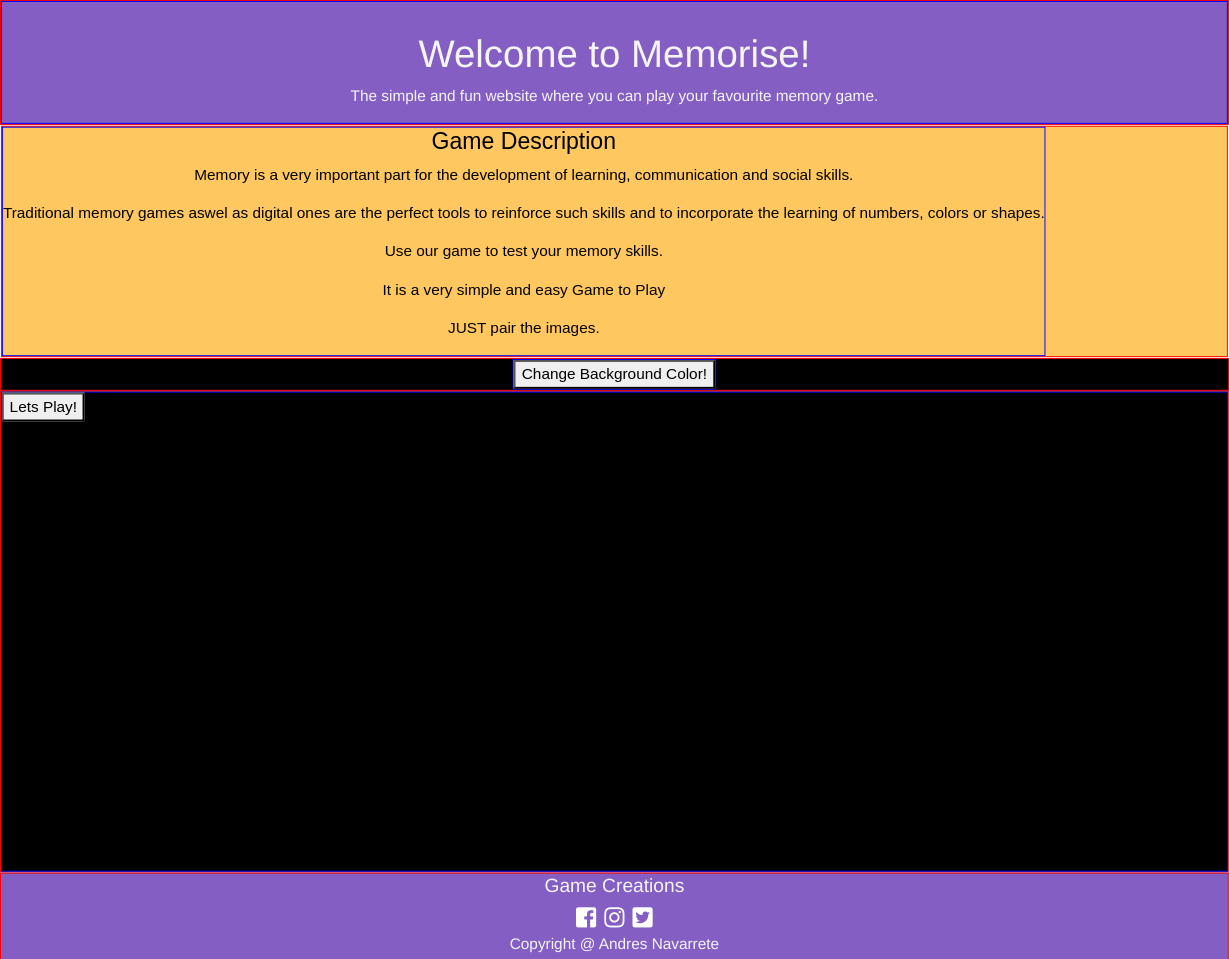
Repository: andna5980/memorise
Page: index.html
These files come from the project's save history. The page is drawn as it stood at one moment and after the next save; the edit follows.
The browser window is 1280 px wide. The pictures show the whole page, at 96% of full size.
Some web fonts or font styles are not loaded; a fallback is used. Some web libraries are served in a nearby version.

Above is the page before, as saved 2021-04-27 16:42:05.

After the next save:
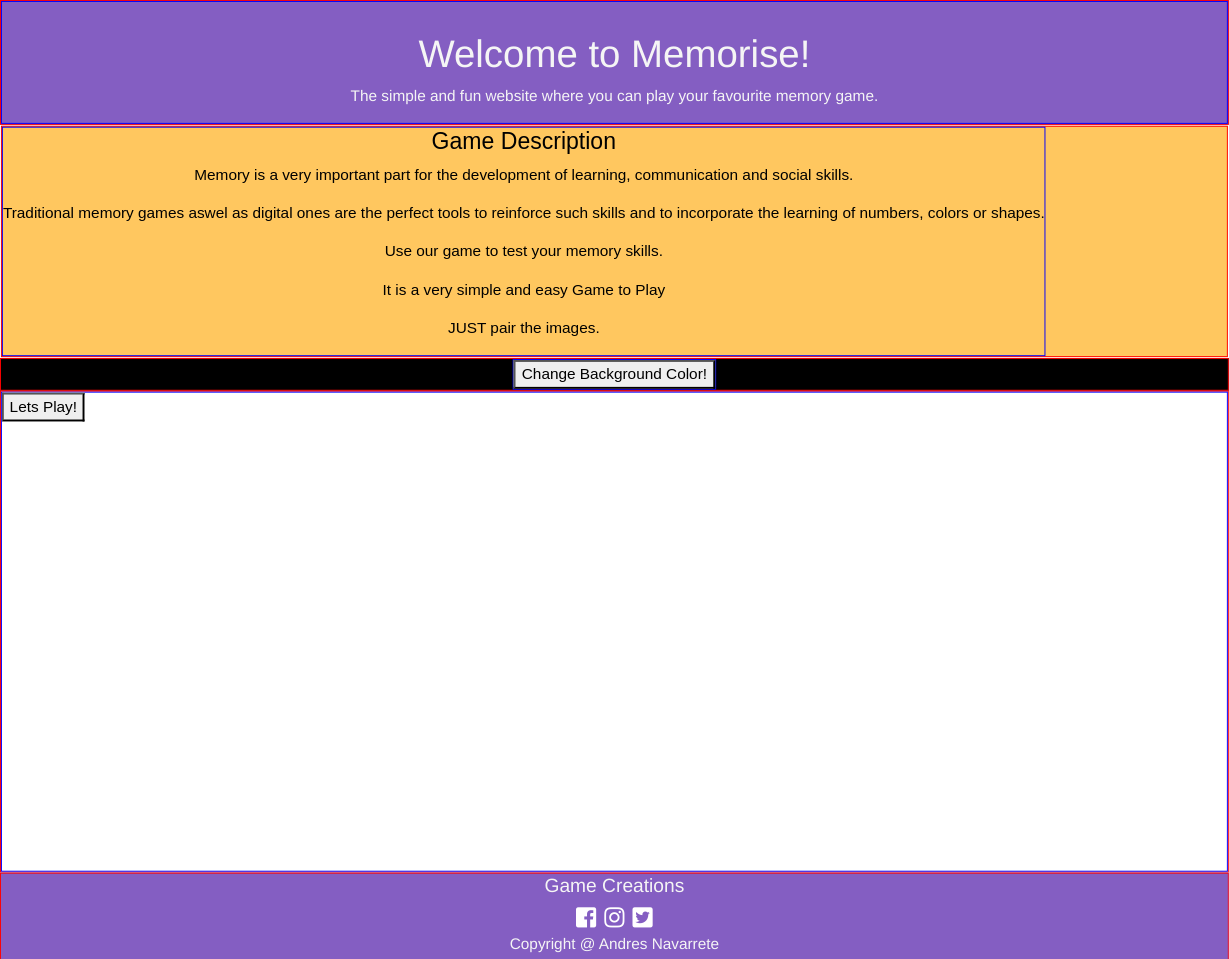
Saved 4 min 0 s later.
--- a/assets/styles/style.css
+++ b/assets/styles/style.css
@@ -68,7 +68,7 @@
 /*--------------------------------GAME AREA--------------------------------*/
 
 .game-area-box {
-    background-color: black;
+    /*background-color: black;*/
     height: 500px;
 
 }

After the save that followed:
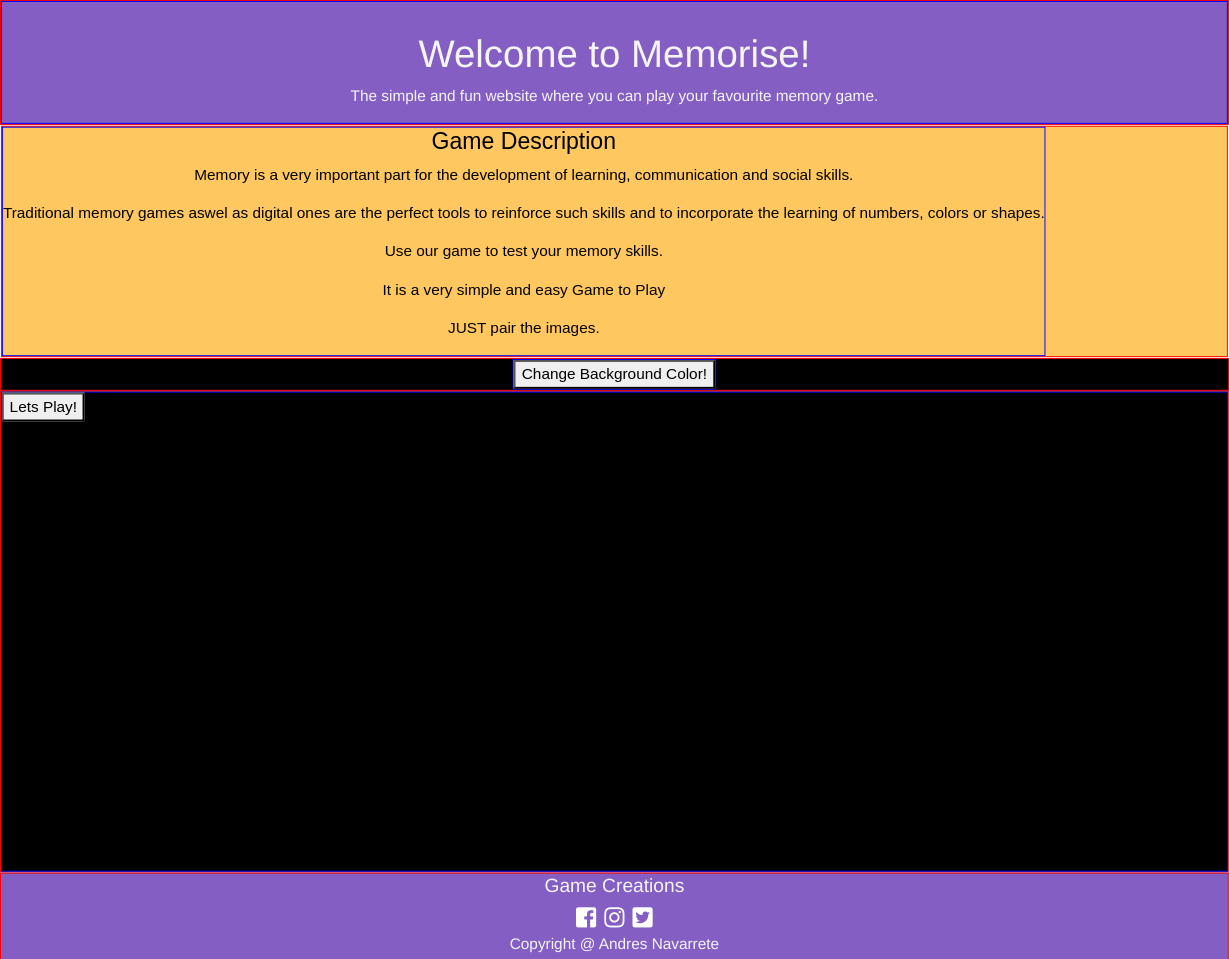
Saved 8 min 3 s later.
--- a/assets/styles/style.css
+++ b/assets/styles/style.css
@@ -68,7 +68,7 @@
 /*--------------------------------GAME AREA--------------------------------*/
 
 .game-area-box {
-    /*background-color: black;*/
+    background-color: black;
     height: 500px;
 
 }
